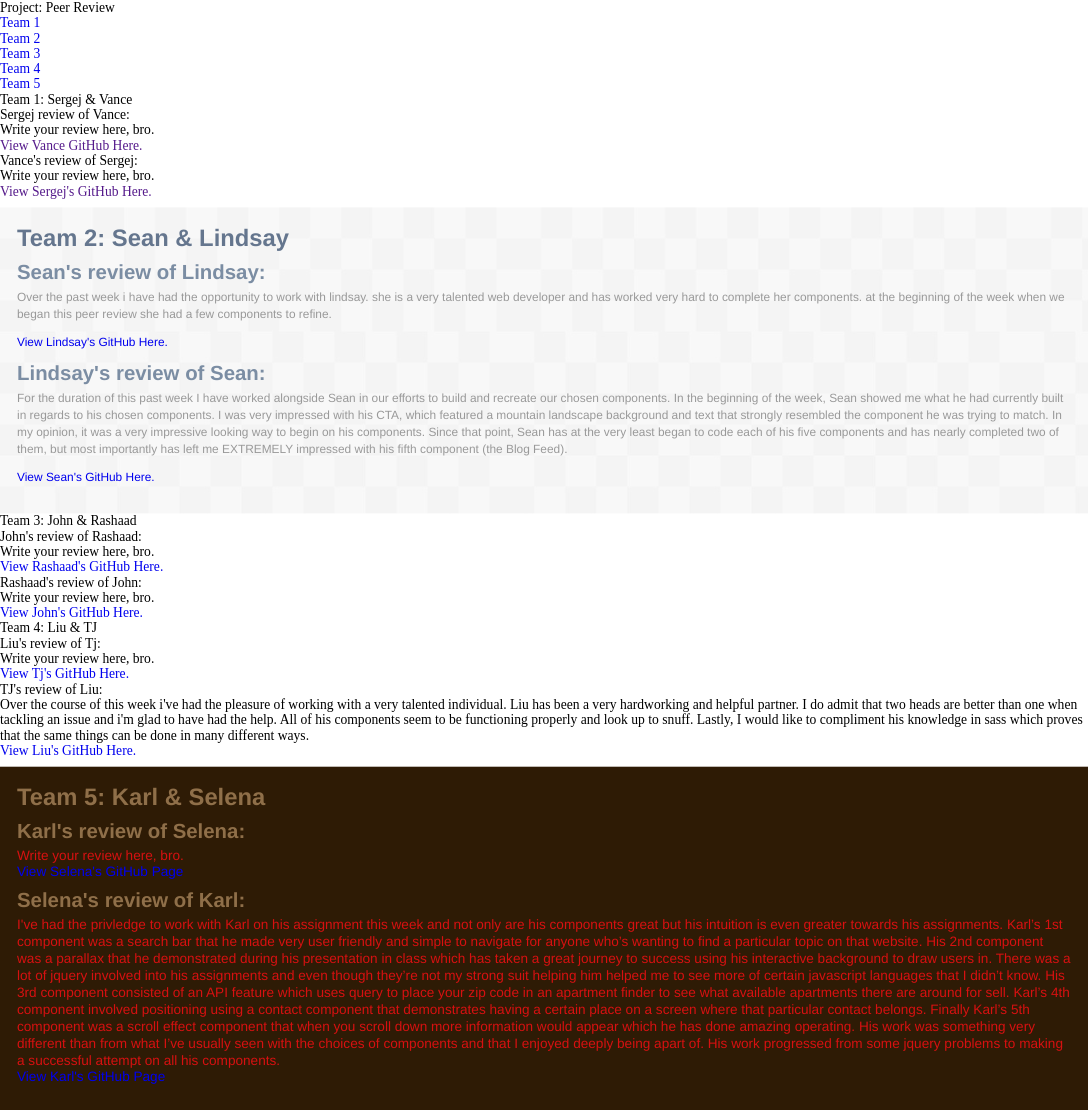
Repository: Smvargas787/WSP-2.5
Page: workspace 3/hello-world.html
The author's editor kept a record of every edit. The page is drawn from the files as they stood at one moment, then again after the next edit.
The browser window is 1280 px wide. The pictures show the whole page, at 85% of full size.
Some web libraries are served in a nearby version.

Above is the page before.

### workspace 3/hello-world.html
<!DOCTYPE html>
<html lang= "en">
	<head>
		<meta charset= "utf-8"/>
		<meta name="viewport" content="width=device-width, initial-scale=1, maximum-scale=1">
		<title>Project: Peer Review</title>

		<link href="css/reset.css" rel="stylesheet" type="text/css" />
		<link href="css/style.css" rel="stylesheet" type="text/css" />
	</head>


	<body>

		<header>
			<h1>Project: Peer Review</h1>
			<nav>
				<ul>
					<li><a href="#" class="link" data-this=".team1" data-last=".page">Team 1</a></li>
					<li><a href="#" class="link" data-this=".team2" data-last=".page">Team 2</a></li>
					<li><a href="#" class="link" data-this=".team3" data-last=".page">Team 3</a></li>
					<li><a href="#" class="link" data-this=".team4" data-last=".page">Team 4</a></li>
					<li><a href="#" class="link" data-this=".team5" data-last=".page">Team 5</a></li>
				</ul>
			</nav>
		</header>


<!-- 	Team 1 -->
		<section class="page team1">
			<h2>Team 1: Sergej & Vance</h2>

			<article>
				<h3>Sergej review of Vance:</h3>
				<p>Write your review here, bro.</p>
				<a href="" target="_blank">View Vance GitHub Here.</a>
			</article>

			<article>
			 	<h3>Vance's review of Sergej:</h3>
				<p>Write your review here, bro.</p>
				<a href="" target="_blank">View Sergej's GitHub Here.</a>
			</article>
        </section>
<!-- End Team 1 -->





<!-- 	Team 2 -->
		<section class="page team2">
			<h2>Team 2: Sean & Lindsay</h2>

			<article>
				<h3>Sean's review of Lindsay:</h3>
				<p>Over the past week i have had the opportunity to work with lindsay. she is a very talented web developer and has worked very hard
				to complete her components. at the beginning of the week when we began this peer review she had a few components to refine.
				</p>
				<a href="http://lindsayhampton.github.io/WSP/" target="_blank">View Lindsay's GitHub Here.</a>
			</article>

			<article>
			 	<h3>Lindsay's review of Sean:</h3>
				<p>For the duration of this past week I have worked alongside Sean in our efforts to build and recreate our chosen components.
				In the beginning of the week, Sean showed me what he had currently built in regards to his chosen components. I was very impressed with his CTA,
				which featured a mountain landscape background and text that strongly resembled the component he was trying to match. In my opinion, it was a
				very impressive looking way to begin on his components. Since that point, Sean has at the very least began to code each of his five components and
				has nearly completed two of them, but most importantly has left me EXTREMELY impressed with his fifth component (the Blog Feed). </p>
				<a href="http://seanedw1.github.io/wsp_edwards_sean/index.html" target="_blank">View Sean's GitHub Here.</a>
			</article>

		</section>
<!-- End Team 2 -->




<!-- 	Team 3 -->
		<section class="page team3">
			<h2>Team 3: John & Rashaad</h2>
			<article>
				<h3>John's review of Rashaad:</h3>
				<p>Write your review here, bro.</p>
				<a href="http://mangenius200.github.io/WSP/wsp_project-master/index.html" target="_blank">View Rashaad's GitHub Here.</a>
			</article>

			<article>
			 	<h3>Rashaad's review of John:</h3>
				<p>Write your review here, bro.</p>
				<a href="http://johnkunkle1987.github.io/Web-Standards-Project/week_1_project/" target="_blank">View John's GitHub Here.</a>
			</article>
		</section>
<!-- End Team 3 -->





<!-- 	Team 4 -->
		<section class="page team4">
			<h2>Team 4: Liu  & TJ</h2>
			<article>
				<h3>Liu's review of Tj:</h3>
				<p>Write your review here, bro.</p>
				<a href="http://fs-timothymccoy.github.io/WSP/ProjectPlanning/index.html" target="_blank">View Tj's GitHub Here.</a>
			</article>

			<article>
			 	<h3>TJ's review of Liu:</h3>
				<p>Over the course of this week i've had the pleasure of working with a very talented individual. Liu has been a very hardworking and helpful partner. I do admit that two heads are better than one when tackling an issue and i'm glad to have had the help. All of his components seem to be functioning properly and look up to snuff. Lastly, I would like to compliment his knowledge in sass which proves that the same things can be done in many different ways.</p>
				<a href="http://maumasi.github.io/WSP_082015/" target="_blank">View Liu's GitHub Here.</a>
			</article>

    	</section>
<!-- End Team 4 -->


<!-- 	Team 5 -->
		<section class="page team5">
			<h2>Team 5: Karl & Selena</h2>
			<article>
				<h3>Karl's review of Selena:</h3>
				<p>Write your review here, bro.</p>
				<a href="http://smvargas787.github.io/WSP-2.5/index.html" target="_blank">View Selena's GitHub Page</a>
			</article>

			<article>
			 	<h3>Selena's review of Karl:</h3>
				<p>I've had the privledge to work with Karl on his assignment this week and not only are his components great but his intuition is even greater towards his assignments. Karl’s 1st component was a search bar that he made very user friendly and simple to navigate for anyone who’s wanting to find a particular topic on that website. His 2nd component was a parallax that he demonstrated during his presentation in class which has taken a great journey to success using his interactive background to draw users in. There was a lot of jquery involved into his assignments and even though they’re not my strong suit helping him helped me to see more of certain javascript languages that I didn’t know. His 3rd component consisted of an API feature which uses query to place your zip code in an apartment finder to see what available apartments there are around for sell. Karl’s 4th component involved positioning using a contact component that demonstrates having a certain place on a screen where that particular contact belongs. Finally Karl’s 5th component was a scroll effect component that when you scroll down more information would appear which he has done amazing operating. His work was something very different than from what I’ve usually seen with the choices of components and that I enjoyed deeply being apart of. His work progressed from some jquery problems to making a successful attempt on all his components. </p>
			    <a href="http://kjrohr.github.io/wps_project/blog/index.html" target="_blank">View Karl's GitHub Page</a>
			</article>




		</section>
<!-- End Team 5 -->




<!-- jquery -->
		<script src="https://ajax.googleapis.com/ajax/libs/jquery/1.11.3/jquery.min.js"></script>
	<!--	<script src="js/jquery-1.11.3.min.js"></script> -->
		<script src="js/main.js"></script>

	</body>
</html>

### workspace 3/css/reset.css
/* CSS RESET
====================================================================================================
====================================================================================================
*/



html, body, div, main, span, applet, object, iframe,
h1, h2, h3, h4, h5, h6, p, blockquote, pre,
a, abbr, acronym, address, big, cite, code,
del, dfn, em, img, ins, kbd, q, s, samp,
small, strike, strong, sub, sup, tt, var,
b, u, i, center,
dl, dt, dd, ol, ul, li,
fieldset, form, label, legend, input, textarea,
table, caption, tbody, tfoot, thead, tr, th, td,
article, aside, canvas, details, embed,
figure, figcaption, footer, header, hgroup,
menu, nav, output, ruby, section, summary,
time, mark, audio, video,
::before, ::after {

	margin: 0; padding: 0;
	border: 0;
	font-size: 100%;
	font: inherit;
	vertical-align: baseline;
	text-decoration: none;

	box-sizing: border-box;

}

// HTML5 - Older browser support
// ======================================================================
article, aside, details, figcaption, figure,
footer, header, hgroup, menu, nav, section {
	display: block;
}


// BODY
// ======================================================================
body { line-height: 1; }


// LISTS - Clear bullets
// ======================================================================
ol, ul { list-style: none; }


// QUOTES
// ======================================================================
blockquote, q { quotes: none; }
blockquote:before, blockquote:after,
q:before, q:after {
	content: '';
	content: none;
}

// TABLES
// ======================================================================
table {
	border-collapse: collapse;
	border-spacing: 0;
}

### workspace 3/css/style.css
/* Team 1 ======================================================== */
/* End of Team 1 ================================================= */


/* Team 2 ======================================================== */
.team2
{
  margin-top: 10px;
  background: url("../images/background-team2.jpg");
  color: #999999;
  font-family: Helvetica;
  padding: 20px;
  font-size: 14px;
}


.team2 article a:hover
{
  color: rgba(215,17,17, 0.8);
}

.team2 article a:visited
{
  color: #094978;
}


.team2 h1{
  text-align:center;
}


.team2 h2
{
  margin-bottom: 10px;
  font-size: 28px;
  font-weight: 900;
  color: #65768E;
}

.team2 article h3
{
  font-weight: normal;
  margin-bottom: 5px;
  color: #7B8DA3;
  font-size: 24px;
  font-weight: 700;
}

.team2 article p
{
  line-height: 20px;
}

.team2 article a
{
  display: block;
  padding: 15px 0;
}


/* End of Team 2 ================================================= */


/* Team 3 ======================================================== */
/* End of Team 3 ================================================= */


/* Team 4 ======================================================== */
/* End of Team 4 ================================================= */


/* Team 5 ======================================================== */
/* Color 1: #2E1B05 Root
   Color 2: #655441 Somber
   Color 3: #8F6F49 Yggdrasil
   Color 4: #094978 Blues Power
   Color 5: #D71111 Pale Red
*/


.team5
{
  margin-top: 10px;
  background: #2E1B05;
  color: #D71111;
  font-family: Helvetica;
  padding: 20px;
}


.team5 article a:hover
{
  color: rgba(215,17,17, 0.8);
}

.team5 article a:visited
{
  color: #094978;
}

.team5 h2
{
  margin-bottom: 10px;
  font-size: 28px;
  font-weight: 900;
  color: #8F6F49;
}

.team5 article h3
{
  margin-bottom: 5px;
  color: #8F6F49;
  font-size: 24px;
  font-weight: 700;
}

.team5 article p
{
  line-height: 20px;
  font-size: 16px;
}

.team5 article a
{
  display: block;
  padding-bottom: 10px;
}


/* End of Team 5 ================================================= */

### workspace 3/js/main.js

//	jquery javaScript
$(function(){

//	make links change "pages"
//================================================================
//	$('.page').css({'display':'none'});



//	nav click events
//================================================================
	$('.link').on('click', function(){

		var linkAction1 = $(this).attr('data-last');
		var linkAction2 = $(this).attr('data-this');

		$(linkAction1).delay().slideUp();
		$(linkAction2).slideDown();

		$('.this-class').css({'display':'none'});
		$('h3').css({'display':'none'});
		//$('input').css({'display':'none'});
	});




});

After the next edit:
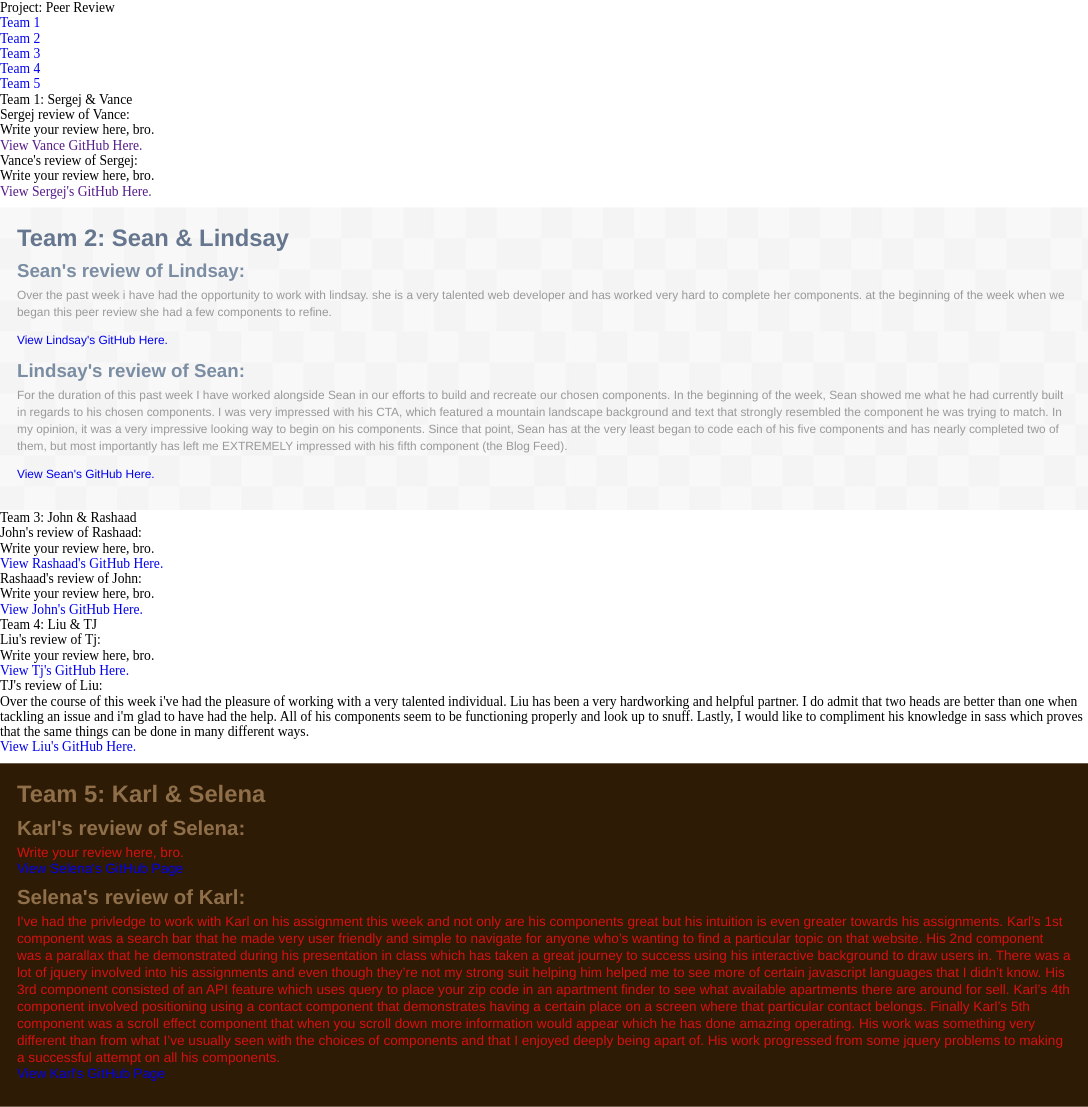
The edit:
--- a/workspace 3/css/style.css
+++ b/workspace 3/css/style.css
@@ -43,7 +43,7 @@
   font-weight: normal;
   margin-bottom: 5px;
   color: #7B8DA3;
-  font-size: 24px;
+  font-size: 22px;
   font-weight: 700;
 }
 
